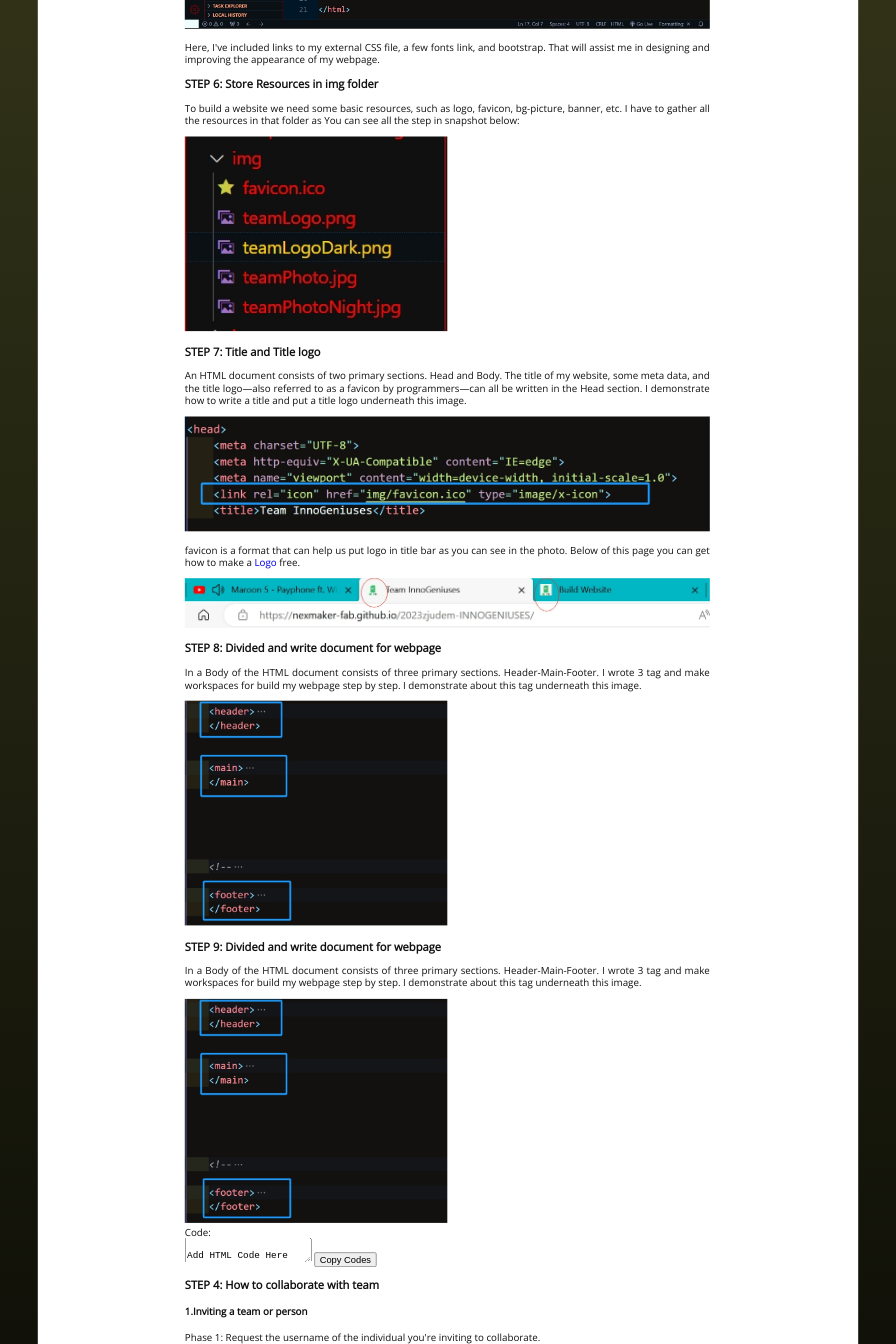
Repository: NexMaker-Fab/2023zjudem-INNOGENIUSES
Page: build web/page1.html
The author's editor kept a copy of each file at every save. The page is drawn from the files as they stood at one save, then again after the next save.
The browser window is 1280 px wide. The pictures show the part of the page from y = 4580 to 6500 px (the page is 9986 px tall), at 70% of full size.
After loading, the first visible `#CodeButton` was clicked once.

Above is the page before, as saved 2023-11-27 01:44:26.
Console error: ReferenceError: HTMLBox is not defined

### build web/page1.html
<!DOCTYPE html>
<html lang="en">

<head>
    <meta charset="utf-8">
    <meta http-equiv="X-UA-Compatible" content="IE=edge">
    <link rel="icon" href="img/favicon.ico" type="image/x-icon">
    <title>Build Website</title>
    <meta name="viewport" content="width=device-width, initial-scale=1">
    <!-- <meta name="Description" lang="en" content="open source x/html and css templates"> -->
    <meta name="author" content="mlp design">
    <meta name="robots" content="index, follow">
    <link rel="stylesheet" href="styles.css">
</head>

<body>
    <!--start wrapper-->
    <div id="wrapper">

        <!--start body-->
        <div id="body">

            <!--start header-->
            <div id="banner">
                <h1>HOW TO BUILD <em>WEB</em> </h1>
                <p></p>
                <!-- menu -->
                <label for="show-menu" class="responsive">&#9776;</label>
                <input type="checkbox" id="show-menu" role="button">
                <ul id="topnav">
                    <!-- <li><a class="active">Home</a></li> -->

                </ul>
                <!-- end menu -->
            </div>
            <!--end of header-->
            <!--start sidebar-->
            <div id="sidebar">
                <h2>GitHub</h2>
                <p>GitHub, is a platform and cloud-based service for software development and version control using Git, allowing developers to store and manage their code. It provides the distributed version control of Git plus access control, bug tracking,
                    software feature requests, task management, continuous integration, and wikis for every project. Headquartered in California, it has been a subsidiary of Microsoft since 2018. It is commonly used to host open source software development
                    projects.As of January 2023, GitHub reported having over 100 million developers and more than 372 million repositories, including at least 28 million public repositories.</p>

                <h2>Visual Studio Code</h2>
                <p>Visual Studio Code, also commonly referred to as VS Code,[12] is a source-code editor made by Microsoft with the Electron Framework, for Windows, Linux and macOS.[13] Features include support for debugging, syntax highlighting, intelligent
                    code completion, snippets, code refactoring, and embedded Git. Users can change the theme, keyboard shortcuts, preferences, and install extensions that add functionality. In the Stack Overflow 2023 Developer Survey, Visual Studio Code
                    was ranked the most popular developer environment tool among 86,544 respondents, with 73.71% reporting that they use it. It increased its use among those learning to code versus those developing as a profession (78% vs. 74%). </p>
            </div>
            <div class="clear"></div>
            <!--end of sidebar-->

            <!--start containter-->
            <div id="container">

                <!--start content-->
                <div id="content">
                    <!--post item-->
                    <div class="item">
                        <h3>STEP1: Prepare</h3>
                        <p>Setting up all essential tools for constructing the webpage:</p>

                        <ul>
                            <li><a href="https://git-scm.com/downloads">Git</a></li>
                            <li><a href="https://github.com">GitHub</a> </li>
                            <li><a href="https://desktop.github.com">GitHub desktop</a> </li>
                            <li><a href="https://code.visualstudio.com">VScode</a></li>
                            <li><a href="https://nodejs.org/en/about">Nodejs</a> </li>
                        </ul>

                        <h3>STEP 2: Pointers</h3>
                        <p>Visit <a href="https://github.com">Github</a> to create a repository; if needed, sign up. Once there, make your repository and set it Public so it's accessible to online users. Remember to add a README file—it's the place for a
                            detailed project description.
                        </p>
                        <img src="img/Create Repo 1.png" <figure>
                        <p>
                            <b>Note:</b>In this image repository, the owner is identified as aminal333. However, when working within an organization, the organization's name should be displayed instead.

                        </p>
                        </figure>

                        <img src="img/Create repo 2.png" <figure>
                        <p></p>
                        </figure>

                        <img src="img/git page.jpg" <figure>


                        </figure>

                        <h3>STEP 3: Local Settings</h3>
                        <p>Open GitHub Desktop, clone the repository you've created before, and then proceed to open it in Visual Studio Code.</p>
                        <img src="img/gitclone1.png" <figure>
                        <p> </p>
                        </figure>
                        <img src="img/clone open vs.png" <figure>
                        <p>Access the cloned repository from your local storage system using Visual Studio Code</p>
                        </figure>

                        <!-- Ramiz update-->

                        <h3>STEP 4: Live Server Extension</h3>
                        <p>Go to visual studio extention secsion, search live server and click install it. This extesion help to observe new change on your webpage when you change something in your code. You can see the exension installation image below:
                        </p>
                        <img src="img/Live Server.png" alt="description photo" style="width:100%; height: fit-content;">

                        <h2 style="font-weight: bolder;">How to write the website document</h2>

                        <h3>STEP 5: Make folder and file for writing code to build a website</h3>
                        <p>Open VS Code and open clone repository folder. Create a html file, a css file & a JS file. Create a folder for image resources. After that go to the html file which is named index.html and write some basic html documents. You can
                            see all the step in snapshot below:
                        </p>
                        <img src="img/bw1.png" alt="description photo" style="width:100%; height: fit-content;">
                        <p>
                            Here, I've included links to my external CSS file, a few fonts link, and bootstrap. That will assist me in designing and improving the appearance of my webpage.
                        </p>

                        <h3>STEP 6: Store Resources in img folder</h3>
                        <p>To build a website we need some basic resources, such as logo, favicon, bg-picture, banner, etc. I have to gather all the resources in that folder as You can see all the step in snapshot below:
                        </p>
                        <img src="img/bw2.png" alt="description photo" style="width:50%; height: 100%;">

                        <h3>STEP 7: Title and Title logo</h3>
                        <p>An HTML document consists of two primary sections. Head and Body. The title of my website, some meta data, and the title logo—also referred to as a favicon by programmers—can all be written in the Head section. I demonstrate how
                            to write a title and put a title logo underneath this image.
                        </p>
                        <img src="img/bw3.png" alt="description photo" style="width:100%; height: fit-content;">
                        <p>
                            favicon is a format that can help us put logo in title bar as you can see in the photo. Below of this page you can get how to make a <a href="#logoCreate">Logo</a> free.
                        </p>
                        <img src="img/title logo.png" alt="description photo" style="width:100%; height: 100%;">
                        <h3>STEP 8: Divided and write document for webpage</h3>
                        <p>In a Body of the HTML document consists of three primary sections. Header-Main-Footer. I wrote 3 tag and make workspaces for build my webpage step by step. I demonstrate about this tag underneath this image.
                        </p>
                        <img src="img/bw4.png" alt="description photo" style="width:50%; height:fit-content;">
                        <h3>STEP 9: Divided and write document for webpage</h3>
                        <p>In a Body of the HTML document consists of three primary sections. Header-Main-Footer. I wrote 3 tag and make workspaces for build my webpage step by step. I demonstrate about this tag underneath this image.
                        </p>
                        <img src="img/bw4.png" alt="description photo" style="width:50%; height:fit-content;">
                        <div class="text-boxes">
                            <div class="text-box CodeBox">
                                <div class="topic">Code:</div>
                                <textarea placeholder="Code" id="CodeBox" readonly>
                              Add HTML Code Here
                            </textarea
                              >
                              <button id="CodeButton">Copy Codes</button>
                            </div>

                        <h3>STEP 4: How to collaborate with team</h3>
                        <h4>1.Inviting a team or person</h4>
                        <p>Phase 1: Request the username of the individual you're inviting to collaborate.</p>

                        <img src="img/AA.png" <figure>
                        <p> Under your repository name, click Settings, If you cannot see the "Settings" tab, select the dropdown menu, then click Settings.<br> In the "Access" section of the sidebar, click Collaborators and teams as displayed </p>
                        </figure>
                        <img src="img/BB.png" <figure>
                        <p>To the right of "Manage access", click Add people or Add teams and In the search field, start typing the name of the team or person to invite, then click a name in the list of matches.
                        </p>
                        </figure>
                        <img src="img/CC.png" <figure>
                        <p>In the search field, start typing the name of the team or person to invite, then click a name in the list of matches.</p>
                        </figure>
                        <img src="img/DD.png" <figure>
                        <p> Under "Choose a role", select the repository role to grant to the team or person</p>
                        </figure>
                        <img src="img/EE.png" <figure>
                        <p>Under "Manage access", next to the team or person whose access you'd like to remove, click Remove
                        </p>
                        </figure>
                        <img src="img/FF.png" <figure>
                        <p>Using this search box, you can easily find your team member</p>
                        </figure>

                    </div>
                    <!--another post item-->

                    <!--end of another post item-->
                </div>
                <!--end of content-->

            </div>
            <!--end of container-->

        </div>
        <!--end of body-->

        <!--start footer-->
        <div id="footer">
            <span class="left">2023 &copy; Copyright <a href="#">Allcode</a>. All rights reserved.</span>
            <p class="show-footer">2023 &copy; Copyright <a href="#">InnoGeniuses</a>. All rights reserved.<br /><a href="#">Contact</a> | </p>
        </div>
        <!--end of footer-->

    </div>
    <!--end of wrapper-->

    <!--start credits-->
    <!--//Under CC-NC 3.0, this portion must be left intact and must not be hidden.//-->
    <div id="credits">
        <span><a href="#" title="CSS &amp; ">CSS &amp; HTML</a> by InnoGeniuses<br />IDE@ZJU
    </div>
    <!--end of credits-->

</body>

</html>

<script>
    // Code BOx JS Code
    let CodeBox = document.getElementById("CodeBox");
      let HTMLButton = document.getElementById("CodeButton");
      HTMLButton.onclick = function () {
        HTMLBox.select();
        document.execCommand("copy");
        HTMLButton.innerText = "Codes Copied";
      };
</script>

### build web/styles.css
/* Global Settings */

@import url(https://fonts.googleapis.com/css?family=Open+Sans);
body {
    background: #000;
    background: -moz-linear-gradient(top, #7c803d 0%, #000000 75%, #000000 100%);
    background: -webkit-gradient(left top, left bottom, color-stop(0%, #7c803d), color-stop(75%, #000000), color-stop(100%, #000000));
    background: -webkit-linear-gradient(top, #7c803d 0%, #000000 75%, #000000 100%);
    background: -o-linear-gradient(top, #7c803d 0%, #000000 75%, #000000 100%);
    background: -ms-linear-gradient(top, #7c803d 0%, #000000 75%, #000000 100%);
    background: linear-gradient(to bottom, #7c803d 0%, #000000 75%, #000000 100%);
    filter: progid: DXImageTransform.Microsoft.gradient( startColorstr='#7c803d', endColorstr='#000000', GradientType=0);
    color: #111;
    margin: 0;
    font-family: 'Open Sans', sans-serif;
    font-size: 14px;
    line-height: 18px;
    min-width: 600px;
}

h1 {
    font-size: 40px;
    line-height: 24px;
}

h2 {
    font-size: 18px;
    line-height: 22px;
}

h3 {
    font-size: 16px;
    line-height: 20px;
}

a {
    background-color: inherit;
    color: rgb(0, 38, 255)122, 102, 153;
    text-decoration: none;
}

a:hover {
    text-decoration: underline;
}

blockquote {
    background-color: inherit;
    color: #999;
    font: italic 15px "Times New Roman", serif;
    border-left: 5px solid #996;
    padding: 2px 15px;
}


/* Wrapper Settings */

#wrapper {
    background: #fff;
    border: none;
    padding: 10px;
    margin: 1% auto;
    width: 90%;
}

#body {
    margin: 0;
}

#container {
    border-left: 50px;
    padding: 0;
    margin: 0;
}


/* Other Settings*/

#banner {
    position: relative;
    padding: 10px;
    height: 175px;
    border: 0px;
    color: #fff;
    background: #abab83;
    background: -moz-linear-gradient(top, #abab83 0%, #abab83 0%, #abab83 50%, #a1a172 51%, #a1a172 100%);
    background: -webkit-gradient(left top, left bottom, color-stop(0%, #abab83), color-stop(0%, #abab83), color-stop(50%, #abab83), color-stop(51%, #a1a172), color-stop(100%, #a1a172));
    background: -webkit-linear-gradient(top, #abab83 0%, #abab83 0%, #abab83 50%, #a1a172 51%, #a1a172 100%);
    background: -o-linear-gradient(top, #abab83 0%, #abab83 0%, #abab83 50%, #a1a172 51%, #a1a172 100%);
    background: -ms-linear-gradient(top, #abab83 0%, #abab83 0%, #abab83 50%, #a1a172 51%, #a1a172 100%);
    background: linear-gradient(to bottom, #abab83 0%, #abab83 0%, #abab83 50%, #a1a172 51%, #a1a172 100%);
    filter: progid: DXImageTransform.Microsoft.gradient( startColorstr='#abab83', endColorstr='#a1a172', GradientType=0);
}

#banner h1 {
    font-size: 32px;
}

#banner h1 em {
    font-style: normal;
    text-decoration: none;
    color: #111;
}

#show-menu {
    display: none;
}

.responsive {
    background-color: inherit;
    color: #fff;
    text-align: left;
    font-weight: normal;
    font-size: 1.5em;
    padding: 0;
    position: absolute;
    top: 80%;
    display: none;
}

ul#topnav {
    list-style-type: none;
    margin: 0 0 0 1%;
    display: table;
    padding: 0;
    overflow: hidden;
    width: 60%;
    position: absolute;
    bottom: 0;
}

ul#topnav li {
    display: table-cell;
    text-align: center;
}

ul#topnav li a {
    background: #333;
    color: #999;
    border: none;
    display: block;
    margin-right: 5px;
    padding: 5px 0px;
    text-decoration: none;
    font-size: 12px;
}

ul#topnav li a.active,
ul#topnav li a.active:hover {
    background: #fff;
    color: #333;
}

ul#topnav li a:hover {
    background: #cc9;
    color: #111;
}

#sidebar {
    background: #fff;
    float: right;
    width: 200px;
    margin: -175px 1% 50px auto;
    padding: 15px;
    font-size: 12px;
    -webkit-box-shadow: 25px 0px 25px -25px rgba(0, 0, 0, 0.45), -25px 0px 25px -25px rgba(0, 0, 0, 0.45);
    -moz-box-shadow: 25px 0px 25px -25px rgba(0, 0, 0, 0.45), -25px 0px 25px -25px rgba(0, 0, 0, 0.45);
    box-shadow: 25px 0px 25px -25px rgba(0, 0, 0, 0.45), -25px 0px 25px -25px rgba(0, 0, 0, 0.45);
    position: relative;
}

#sidebar h2 {
    background-color: inherit;
    color: #996;
    font: normal 16px Arial, sans-serif;
    border-bottom: 2px solid #996;
    padding: 8px 0 5px 0;
}

#sidebar ul {
    list-style: none;
    padding: 2px;
    margin: 0;
}

#sidebar ul li {
    list-style-position: inside;
    padding: 0 0 10px 20px;
    text-indent: -1em;
}

#sidebar ul li a {
    background-color: inherit;
    color: #333;
    text-decoration: none;
    padding: 5px 2px;
    display: block;
}

#sidebar ul li a:hover {
    background-color: #cc9;
    color: #fff;
}

#sidebar ul li a:before {
    content: "\00BB  ";
    color: #996;
}

#content {
    text-align: left;
    padding: 20px;
    width: 750px;
    padding-left: 200px;
}

#content h1 {
    font: normal 18px Arial, sans-serif;
    padding: 0;
}

#content ul {
    list-style: none;
}

#content ul li {
    padding: 2px 0 2px 10px;
    margin: 0;
}

#content ul li:before {
    content: "\00BB  ";
    color: rgb(51, 0, 255);
}

#content .item {
    line-height: 1.25em;
    margin: 0;
}

#content .item p {
    text-align: justify;
}

#content .item b {
    text-align: justify;
    color: red;
}

#content .item span {
    background-color: inherit;
    color: #999;
    font-size: 11px;
}

#content .item img {
    width: 750px;
    height: 500px;
}

#footer {
    padding: 10px;
    height: 20px;
    border: 0px;
    color: #333;
    font-size: 12px;
    background: #abab83;
    background: -moz-linear-gradient(top, #abab83 0%, #abab83 0%, #abab83 50%, #a1a172 51%, #a1a172 100%);
    background: -webkit-gradient(left top, left bottom, color-stop(0%, #abab83), color-stop(0%, #abab83), color-stop(50%, #abab83), color-stop(51%, #a1a172), color-stop(100%, #a1a172));
    background: -webkit-linear-gradient(top, #abab83 0%, #abab83 0%, #abab83 50%, #a1a172 51%, #a1a172 100%);
    background: -o-linear-gradient(top, #abab83 0%, #abab83 0%, #abab83 50%, #a1a172 51%, #a1a172 100%);
    background: -ms-linear-gradient(top, #abab83 0%, #abab83 0%, #abab83 50%, #a1a172 51%, #a1a172 100%);
    background: linear-gradient(to bottom, #abab83 0%, #abab83 0%, #abab83 50%, #a1a172 51%, #a1a172 100%);
    filter: progid: DXImageTransform.Microsoft.gradient( startColorstr='#abab83', endColorstr='#a1a172', GradientType=0);
    clear: both;
}

#footer a {
    background-color: inherit;
    color: #333;
}

#footer a:hover {
    background-color: inherit;
    color: #fff;
    text-decoration: none;
}

#footer span.left {
    text-align: left;
    padding-left: 15px;
    float: left;
}

#footer span.right {
    text-align: right;
    padding-right: 15px;
    float: right;
}

#footer p.show-footer {
    margin: 0;
    display: none;
}

#credits {
    width: 90%;
    background-color: inherit;
    color: #999;
    position: relative;
    bottom: 0;
    padding: 10px 0;
    font: normal 11px Arial, sans-serif;
    text-align: right;
    margin: 0 auto;
}

#credits a {
    background-color: inherit;
    color: #999;
    text-decoration: none;
}

#credits a:hover {
    background-color: inherit;
    color: #fff;
    text-decoration: none;
}


/* Begin responsive styles */

@media screen and (max-width: 700px) {
    body {
        font-size: 12px;
    }
    blockquote {
        font-size: 13px;
        border-left-width: 3px;
        padding: 1px 5px 1px 10px;
        margin: 0;
    }
    /* banner */
    /*#banner { height:170px;}*/
    #banner h1 {
        font-size: 28px;
    }
    #banner p {
        width: 60%;
    }
    /* menu */
    ul#topnav {
        display: none;
    }
    .responsive {
        display: block;
    }
    #show-menu:checked~ul#topnav {
        display: block;
        position: absolute;
        top: 100%;
        width: 50%;
        margin: 0 0 0 -8%;
        overflow: visible;
    }
    ul#topnav li {
        display: block;
        text-align: left;
        margin: 0 0 1px 15%;
    }
    ul#topnav li a {
        padding-left: 20px;
        border-radius: 0px;
        -moz-border-radius: 0px;
        -webkit-border-radius: 0px;
        font-size: 10px;
    }
    /*ul#topnav li a:hover { background: rgba(255,0,85,1); color:rgba(255,255,255,255);}*/
    ul#topnav li a.active,
    ul#topnav li a.active:hover {
        background: #eee;
        color: #000;
    }
    /* sidebar */
    #sidebar {
        width: 28%;
        padding: 5px;
        font-size: 10px;
        line-height: 1.25em;
    }
    #sidebar h2 {
        font-size: 12px;
    }
    /* content */
    #content {
        margin-right: 33%;
    }
    #content h1 {
        font-size: 14px;
        font-weight: bold;
    }
    #content .item span {
        font-size: 10px;
    }
    #content ul {
        margin-left: 0;
        padding-left: 0;
    }
    #content ul li {
        margin-left: 0;
        padding-left: 0;
    }
    /* footer */
    #footer {
        font-size: 10px;
        text-align: center;
        padding-bottom: 20px;
    }
    #footer span {
        display: none;
    }
    #footer p.show-footer {
        display: block;
    }
    #credits {
        font-size: 80%;
        text-align: center;
    }
}

After the next save:
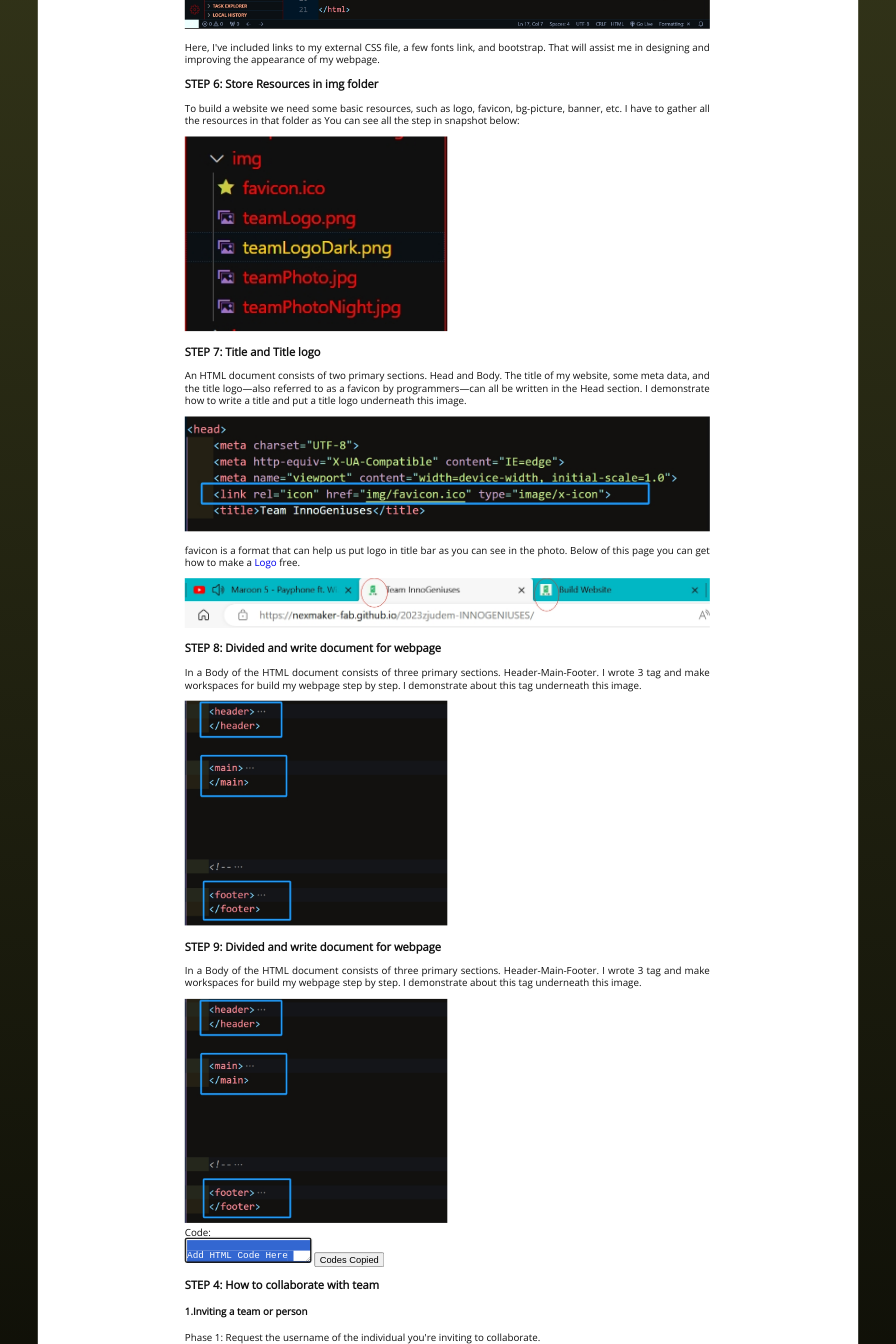
The error is gone.
Saved 37 s later.
--- a/build web/page1.html
+++ b/build web/page1.html
@@ -208,10 +208,10 @@
 <script>
     // Code BOx JS Code
     let CodeBox = document.getElementById("CodeBox");
-      let HTMLButton = document.getElementById("CodeButton");
-      HTMLButton.onclick = function () {
-        HTMLBox.select();
+      let CodeButton = document.getElementById("CodeButton");
+      CodeButton.onclick = function () {
+        CodeBox.select();
         document.execCommand("copy");
-        HTMLButton.innerText = "Codes Copied";
+        CodeButton.innerText = "Codes Copied";
       };
 </script>
